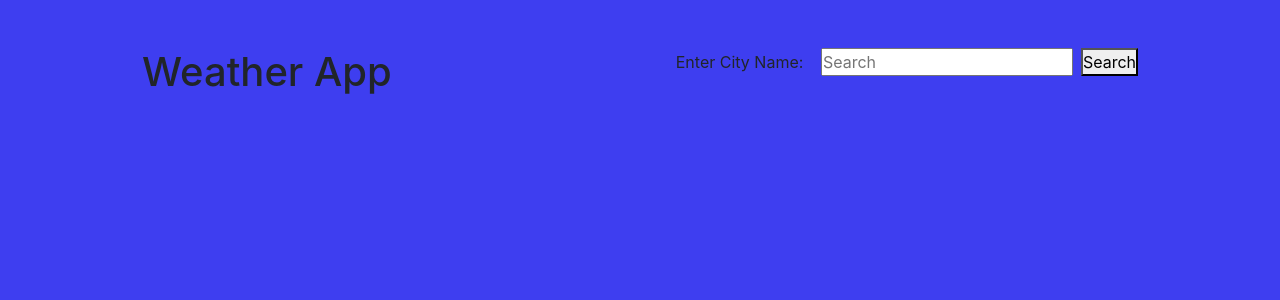
Repository: bhaveshtrades/weatherapp
Page: /
The author's editor kept a copy of each file at every save. The page is drawn from the files as they stood at one save, then again after the next save.
The browser window is 1280 px wide. The pictures show the whole page.
The project was rebuilt for these pictures with package versions that can differ from the ones it lists, and the page was loaded fresh each time. Also part of the build but not shown: src/components/CurrentWeather.jsx.

Above is the page before, as saved 2023-01-08 19:10:53.

After the next save:
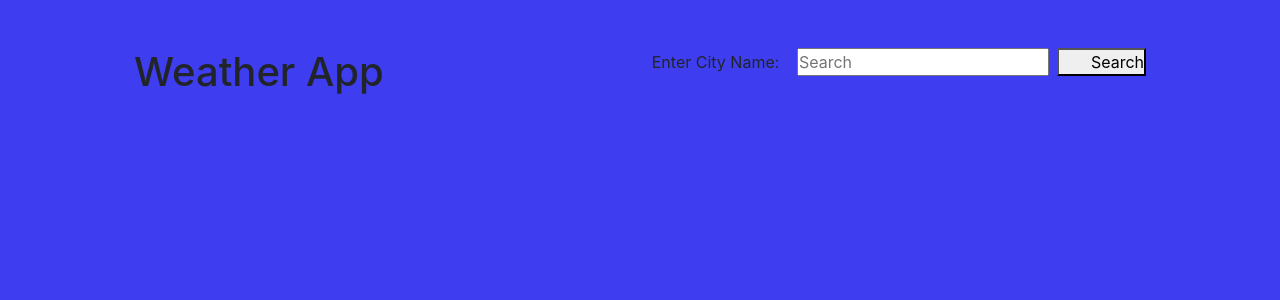
Saved 14 s later.
--- a/src/App.css
+++ b/src/App.css
@@ -19,6 +19,7 @@ body{
 
 .searchButton{
   margin-left: 0.5rem;
+  padding-left: 2rem;
 }
 
 .cDiv1{
